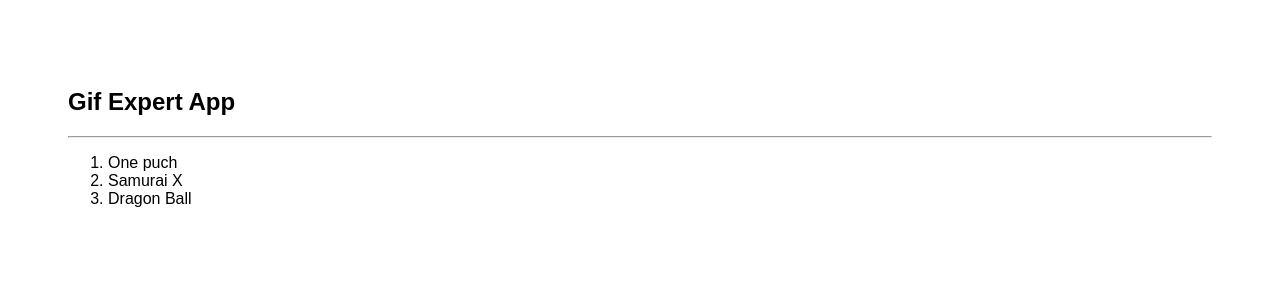
Repository: ppfeliuu/gifs-app
Page: /
An editor plug-in stored every save of this project. The page is shown before and after the next save, followed by the edit.
The browser window is 1280 px wide. The pictures show the whole page.
The project was rebuilt for these pictures with package versions that can differ from the ones it lists, and the page was loaded fresh each time.

Above is the page before, as saved 2021-05-26 09:39:29.

After the next save:
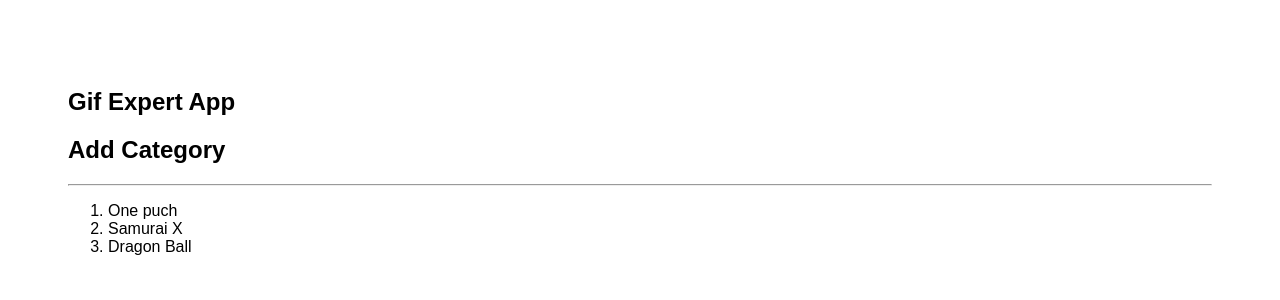
Saved 16 s later.
--- a/src/GifExpertApp.js
+++ b/src/GifExpertApp.js
@@ -1,4 +1,5 @@
 import React, { useState } from "react";
+import AddCategory from "./components/AddCategory";
 
 export const GifExpertApp = () => {
   const [categories, setCategories] = useState([
@@ -14,6 +15,7 @@ export const GifExpertApp = () => {
   return (
     <div>
       <h2>Gif Expert App</h2>
+      <AddCategory />
       <hr />
 
       <ol>
